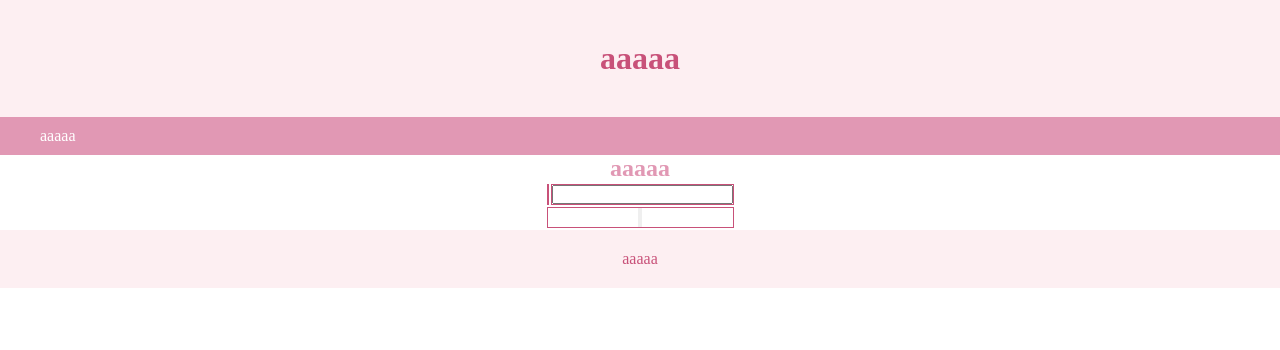
Repository: SeolhwaPark/JSL40_HRDKOREA
Page: http://localhost/HRD_0429/insert.jsp
The author's editor kept a copy of each file at every save. The page is drawn from the files as they stood at one save, then again after the next save.
The browser window is 1280 px wide. The pictures show the whole page.
The page is served by Tomcat 9. Other server files are loaded and not shown.

Above is the page before, as saved 2020-04-29 04:22:24.

### HRD_0429/WebContent/insert.jsp
<%@ page language="java" contentType="text/html; charset=UTF-8"
    pageEncoding="UTF-8"%>
<!DOCTYPE html>
<html>
<head>
<meta charset="UTF-8">
<title>Insert title here</title>
<style type="text/css">
*{padding:0;margin:0}
.logo{padding:40px 0; text-align:center; color:#c85179; background-color:#fdeff2}
.navi{padding:10px 0; overflow:hidden;background-color:#e198b4}
.navi ul, li{padding:0 10px; float:left; list-style:none}
a{padding:20px; text-decoration:none; color:#fff}

.section{color:#e198b4}
.title{text-align:center;}
.content{margin:0}
.content table{margin:0 auto}
.content table th,td{text-align:center; color:#e198b4;border:1px solid #c85179}
.btn_group{text-align:center;}

.footer{padding:20px;background-color:#fdeff2}
.footer p{text-align:center;color:#c85179}

</style>
<script type="text/javascript">

</script>
</head>
<body>

<div class="header">
<header>
	<h1 class="logo">aaaaa</h1>
	<nav class="navi">
		<ul>
			<li><a href="">aaaaa</a></li>
			<li><a href=""></a></li>
			<li><a href=""></a></li>
			<li><a href=""></a></li>
		</ul>
	</nav>
</header>
</div>
<div class="section">
<section>
	<h2 class="title">aaaaa</h2>
	<div class="content">
		<form name="" method="post" action="">
			<table>
				<tr>
					<th></th>
					<td><input type="text" name="" value="">
					</td>
				</tr>
				<tr>
					<td	colspan="2" class="btn_group">
						<input type="button" value="" onClick="">
					</td>
				</tr>
			</table>
		</form>
	</div>
</section>
</div>
<div class="footer">
<footer>
	<p>aaaaa</p>
</footer>
</div>


</body>
</html>

After the next save:
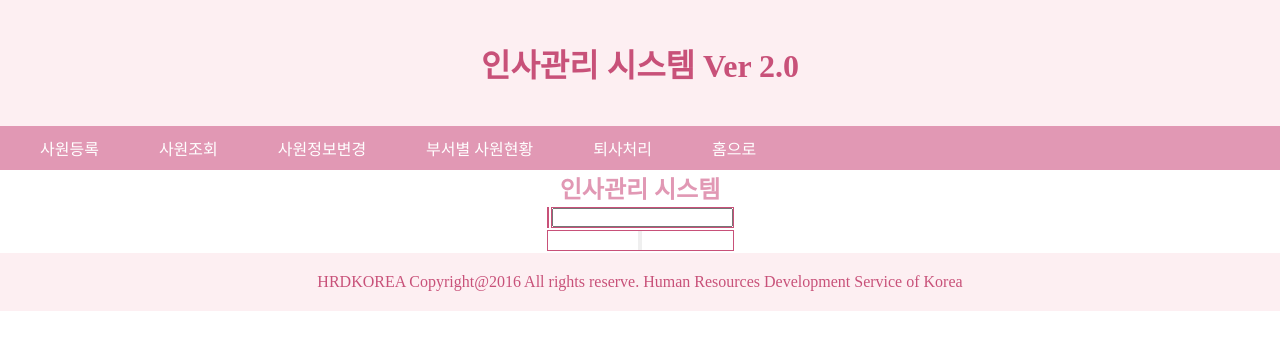
Saved 7 s later.
--- a/HRD_0429/WebContent/insert.jsp
+++ b/HRD_0429/WebContent/insert.jsp
@@ -4,7 +4,7 @@
 <html>
 <head>
 <meta charset="UTF-8">
-<title>Insert title here</title>
+<title>인사관리 시스템 Ver 2.0</title>
 <style type="text/css">
 *{padding:0;margin:0}
 .logo{padding:40px 0; text-align:center; color:#c85179; background-color:#fdeff2}
@@ -31,20 +31,22 @@ a{padding:20px; text-decoration:none; color:#fff}
 
 <div class="header">
 <header>
-	<h1 class="logo">aaaaa</h1>
+	<h1 class="logo">인사관리 시스템 Ver 2.0</h1>
 	<nav class="navi">
 		<ul>
-			<li><a href="">aaaaa</a></li>
-			<li><a href=""></a></li>
-			<li><a href=""></a></li>
-			<li><a href=""></a></li>
+			<li><a href="insert.jsp">사원등록</a></li>
+			<li><a href="list.jsp">사원조회</a></li>
+			<li><a href="modify.jsp">사원정보변경</a></li>
+			<li><a href="view.jsp">부서별 사원현황</a></li>
+			<li><a href="select.jsp">퇴사처리</a></li>
+			<li><a href="index.jsp">홈으로</a></li>
 		</ul>
 	</nav>
 </header>
 </div>
 <div class="section">
 <section>
-	<h2 class="title">aaaaa</h2>
+	<h2 class="title">인사관리 시스템</h2>
 	<div class="content">
 		<form name="" method="post" action="">
 			<table>
@@ -65,7 +67,7 @@ a{padding:20px; text-decoration:none; color:#fff}
 </div>
 <div class="footer">
 <footer>
-	<p>aaaaa</p>
+	<p>HRDKOREA Copyright@2016 All rights reserve. Human Resources Development Service of Korea</p>
 </footer>
 </div>
 
